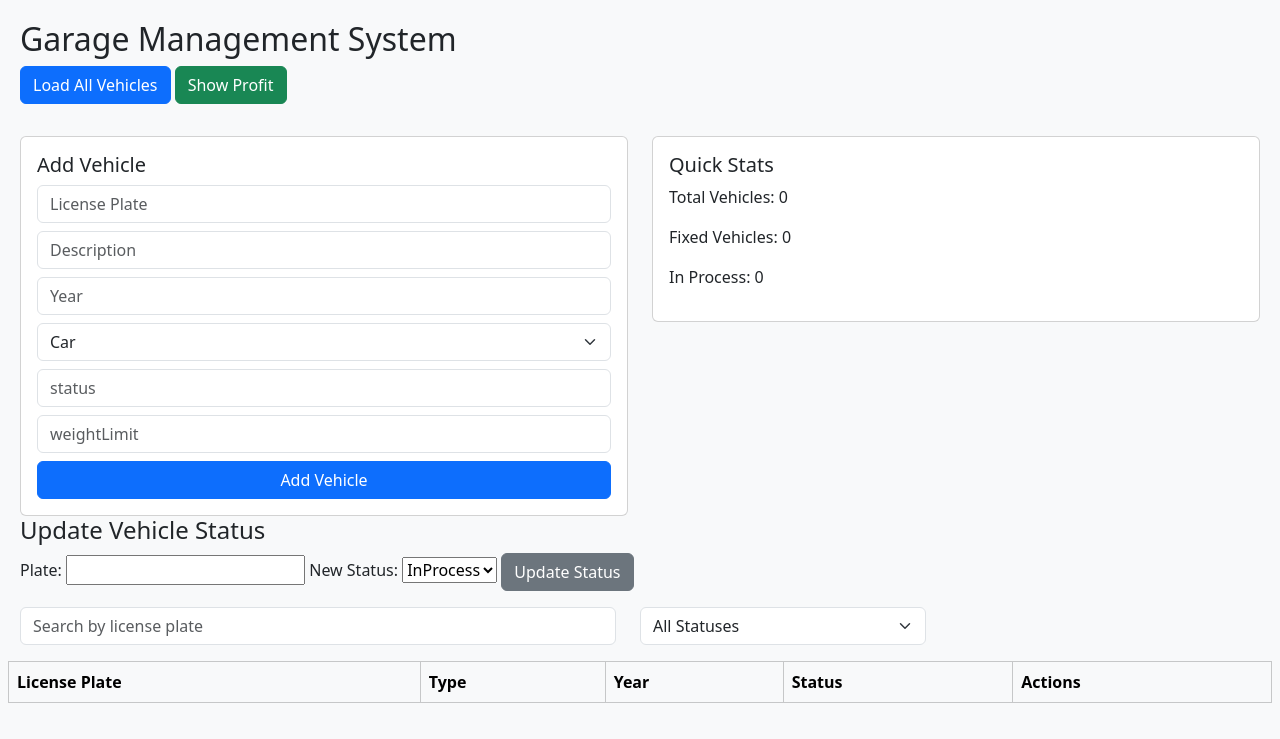
Repository: pravinpkadam444/garage-app
Page: garage-app/src/main/resources/static/index.html
The author's editor kept a copy of each file at every save. The page is drawn from the files as they stood at one save, then again after the next save.
The browser window is 1280 px wide. The pictures show the whole page.
The page's requests for data from a server got no answer.

Above is the page before, as saved 2025-12-07 12:15:24.

### garage-app/src/main/resources/static/index.html
<!DOCTYPE html>
<html lang="en">
<head>
    <meta charset="UTF-8">
    <title>Garage Management System</title>
    <link href="https://cdn.jsdelivr.net/npm/bootstrap@5.3.2/dist/css/bootstrap.min.css" rel="stylesheet">
    <style>
        body { padding: 20px; background: #f8f9fa; }
        table { margin-top: 15px; }
        tr:hover { background: #e9ecef; cursor: pointer; }
    </style>
</head>
<body>

<h2><centre>Garage Management System</centre></h2>

<div class="mb-3">
    <button class="btn btn-primary" onclick="loadVehicles()">Load All Vehicles</button>
    <button class="btn btn-success" onclick="showProfit()">Show Profit</button>
</div>

<!-- Add Vehicle Form -->
<div class="row mt-3">
    <!-- Left column: Add Vehicle Form -->
    <div class="col-md-6">
		<div class="card mt-3 p-3">
		    <h5>Add Vehicle</h5>
		    <input id="addPlate" class="form-control mb-2" placeholder="License Plate">
		    <input id="addDesc" class="form-control mb-2" placeholder="Description">
		    <input id="addYear" type="number" class="form-control mb-2" placeholder="Year">
		    <select id="addType" class="form-select mb-2">
		        <option value="Car">Car</option>
		        <option value="Motorcycle">Motorcycle</option>
		        <option value="Truck">Truck</option>
		    </select>
		    <input id="addStatus" class="form-control mb-2" placeholder="status">
		    <input id="addWeightLimit" class="form-control mb-2" placeholder="weightLimit">

		    <button class="btn btn-primary" onclick="addVehicle()">Add Vehicle</button>
		</div>
	</div>

	<!-- Right column: Quick Stats -->
    <div class="col-md-6">
		<!-- Quick Stats -->
		<div class="card mt-3 p-3">
		    <h5>Quick Stats</h5>
		    <p>Total Vehicles: <span id="totalVehicles">0</span></p>
		    <p>Fixed Vehicles: <span id="fixedVehicles">0</span></p>
		    <p>In Process: <span id="inProcessVehicles">0</span></p>
		</div>
	</div>

	<!-- Update Status -->
	<div class="box">
	    <h4>Update Vehicle Status</h4>
	    <label>Plate:</label>
	    <input type="text" id="updPlate">

	    <label>New Status:</label>
	    <!--<input type="text" id="updStatus">-->
		<select id="updStatus">
            <option value="InProcess">InProcess</option>
            <option value="Fixed">Fixed</option>
            <option value="Released">Released</option>
        </select>

	    <button class="btn btn-secondary" onclick="updateStatus()">Update Status</button>
	    <pre id="updResult"></pre>
	</div>
<!-- Search/filter -->
<div class="row mb-3">
    <div class="col-md-6">
        <input type="text" id="searchBox" class="form-control" placeholder="Search by license plate" onkeyup="loadVehicles()">
    </div>
    <div class="col-md-3">
        <select id="statusFilter" class="form-select" onchange="loadVehicles()">
            <option value="All">All Statuses</option>
            <option value="New">New</option>
            <option value="InProcess">In Process</option>
            <option value="Fixed">Fixed</option>
            <option value="Released">Released</option>
        </select>
    </div>
</div>

<!-- Vehicle Table -->
<table class="table table-bordered">
    <thead class="table-light">
        <tr>
            <th>License Plate</th>
            <th>Type</th>
            <th>Year</th>
            <th>Status</th>
            <th>Actions</th>
        </tr>
    </thead>
    <tbody id="vehicleTableBody"></tbody>
</table>

<!-- Vehicle Details -->
<div class="card mt-3" id="vehicleDetails" style="display:none;">
    <div class="card-body">
        <h5>Vehicle Details</h5>
        <ul id="detailsList"></ul>
    </div>
</div>

<!-- Add Vehicle Form -->
<!--<div class="card mt-3 p-3">
    <h5>Add Vehicle</h5>
    <input id="addPlate" class="form-control mb-2" placeholder="License Plate">
    <input id="addDesc" class="form-control mb-2" placeholder="Description">
    <input id="addYear" type="number" class="form-control mb-2" placeholder="Year">
    <select id="addType" class="form-select mb-2">
        <option value="Car">Car</option>
        <option value="Motorcycle">Motorcycle</option>
        <option value="Truck">Truck</option>
    </select>
    <input id="addStatus" class="form-control mb-2" placeholder="status">
    <input id="addWeightLimit" class="form-control mb-2" placeholder="weightLimit">

    <button class="btn btn-primary" onclick="addVehicle()">Add Vehicle</button>
</div>-->

<!-- Quick Stats -->
<!--<div class="card mt-3 p-3">
    <h5>Quick Stats</h5>
    <p>Total Vehicles: <span id="totalVehicles">0</span></p>
    <p>Fixed Vehicles: <span id="fixedVehicles">0</span></p>
    <p>In Process: <span id="inProcessVehicles">0</span></p>
</div>-->

<script>
    // Load all vehicles
    function loadVehicles(){
        fetch("/api/vehicle/getAll")
            .then(res => res.json())
            .then(data => {
                const keyword = document.getElementById("searchBox").value.toLowerCase();
                const statusFilter = document.getElementById("statusFilter").value;
                const filtered = data.filter(v =>
                    (statusFilter === "All" || v.status === statusFilter) &&
                    v.licensePlate.toLowerCase().includes(keyword)
                );
                renderTable(filtered);
                updateStats(data);
            });
    }

    // Render vehicle table
    function renderTable(list) {
        const tbody = document.getElementById("vehicleTableBody");
        tbody.innerHTML = "";
        list.forEach(v => {
            const row = document.createElement("tr");
            row.innerHTML = `
                <td>${v.licensePlate}</td>
                <td>${v.type}</td>
                <td>${v.year}</td>
                <td>${v.status}</td>
                <td><button onclick="viewDetails('${v.licensePlate}')" class="btn btn-sm btn-info">View</button></td>
            `;
            tbody.appendChild(row);
        });
    }

    // Update stats
    function updateStats(data) {
		//const addstatus = document.getElementById("addStatus").value;
        document.getElementById("totalVehicles").innerText = data.length;
        document.getElementById("fixedVehicles").innerText = data.filter(v => v.status === "Fixed").length;
        document.getElementById("inProcessVehicles").innerText = data.filter(v => v.status === "InProcess").length;
    }

    // View vehicle details
    function viewDetails(plate) {
        fetch(`/api/vehicle/search/${encodeURIComponent(plate)}`)
            .then(res => res.json())
            .then(v => {
				if (Array.isArray(v)) {
                	v = v[0];
            	}
                const detailsDiv = document.getElementById("vehicleDetails");
                const detailsList = document.getElementById("detailsList");
                detailsDiv.style.display = "block";
                detailsList.innerHTML = `
                    <li><B>License Plate</B>: ${v.licensePlate}</li>
                    <li><B>Description  </B>: ${v.description}</li>
                    <li><B>Year        </B> : ${v.year}</li>
                    <li><B>Type         </B>: ${v.type}</li>
                    <li><B>Status       </B> : ${v.status}</li>
                    <li><B>WeightLimit  </B>: ${v.weightLimit}</li>
                `;
            }).then(v => {
            console.log("API response:", v); // <-- SEE WHAT IT RETURNS
        });
    }

    // Add vehicle
    function addVehicle() {
        const vehicle = {
            licensePlate: document.getElementById("addPlate").value,
            description: document.getElementById("addDesc").value,
            year: parseInt(document.getElementById("addYear").value),
            type: document.getElementById("addType").value,
             status: document.getElementById("addStatus").value,
             weightLimit:document.getElementById("addWeightLimit").value
        };
        fetch("/api/vehicle/add", {
            method: "POST",
            headers: {"Content-Type": "application/json"},
            body: JSON.stringify(vehicle)
        }).then(() => {
            loadVehicles();
            alert("Vehicle added successfully!");
        });
    }
    //Update status
    function updateStatus() {
	    const plate = document.getElementById("updPlate").value;
	    const status = document.getElementById("updStatus").value;

	    fetch(`/api/vehicle/status/${plate}/${status}`, { method: "PUT" })
	        .then(res => res.text())
	        .then(text => document.getElementById("updResult").innerText );
	}

    // Show profit
    function showProfit() {
        fetch("/api/vehicle/profit")
            .then(res => res.text())
            .then(profit => alert("Total Profit: $" + profit));
    }

	//Auto refreah
	 setInterval(() => {
        loadVehicles();
    }, 5000);
    // Initial load
    window.onload = loadVehicles;

</script>

</body>
</html>

After the next save:
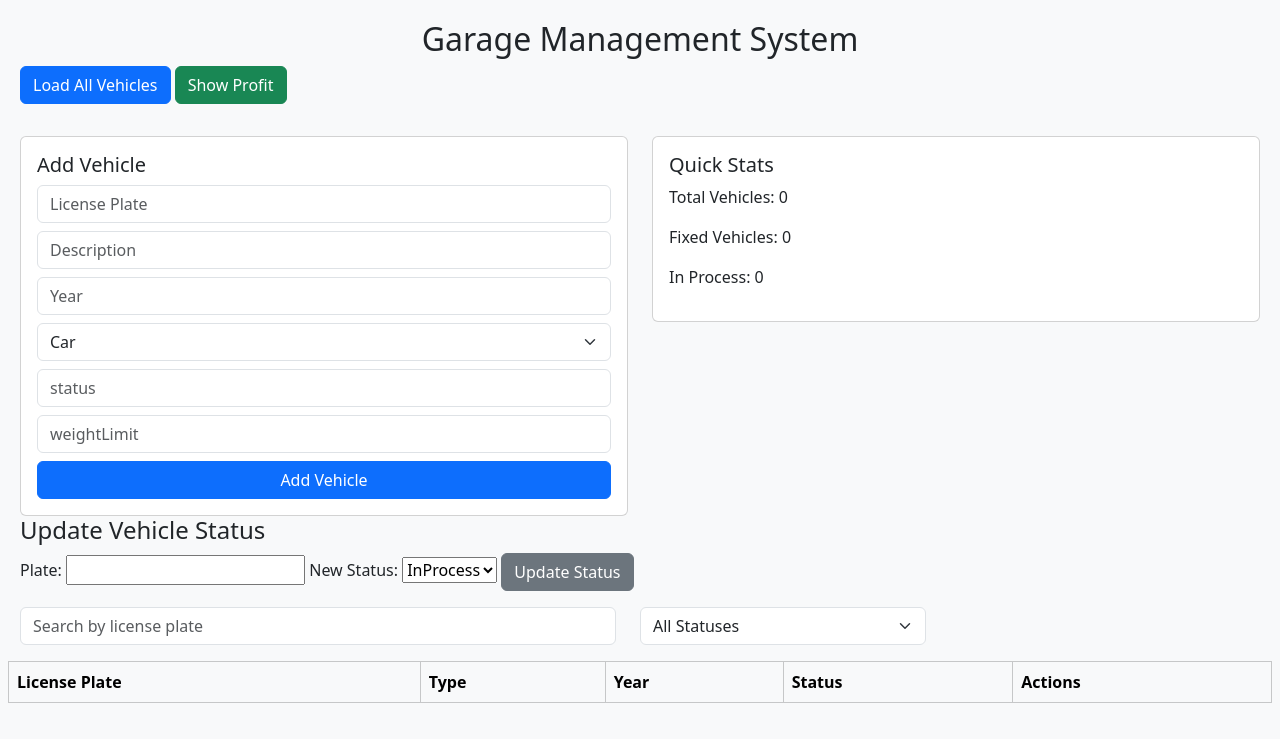
Saved 31 s later.
--- a/garage-app/src/main/resources/static/index.html
+++ b/garage-app/src/main/resources/static/index.html
@@ -12,7 +12,7 @@
 </head>
 <body>
 
-<h2><centre>Garage Management System</centre></h2>
+<h2><center>Garage Management System</center></h2>
 
 <div class="mb-3">
     <button class="btn btn-primary" onclick="loadVehicles()">Load All Vehicles</button>
